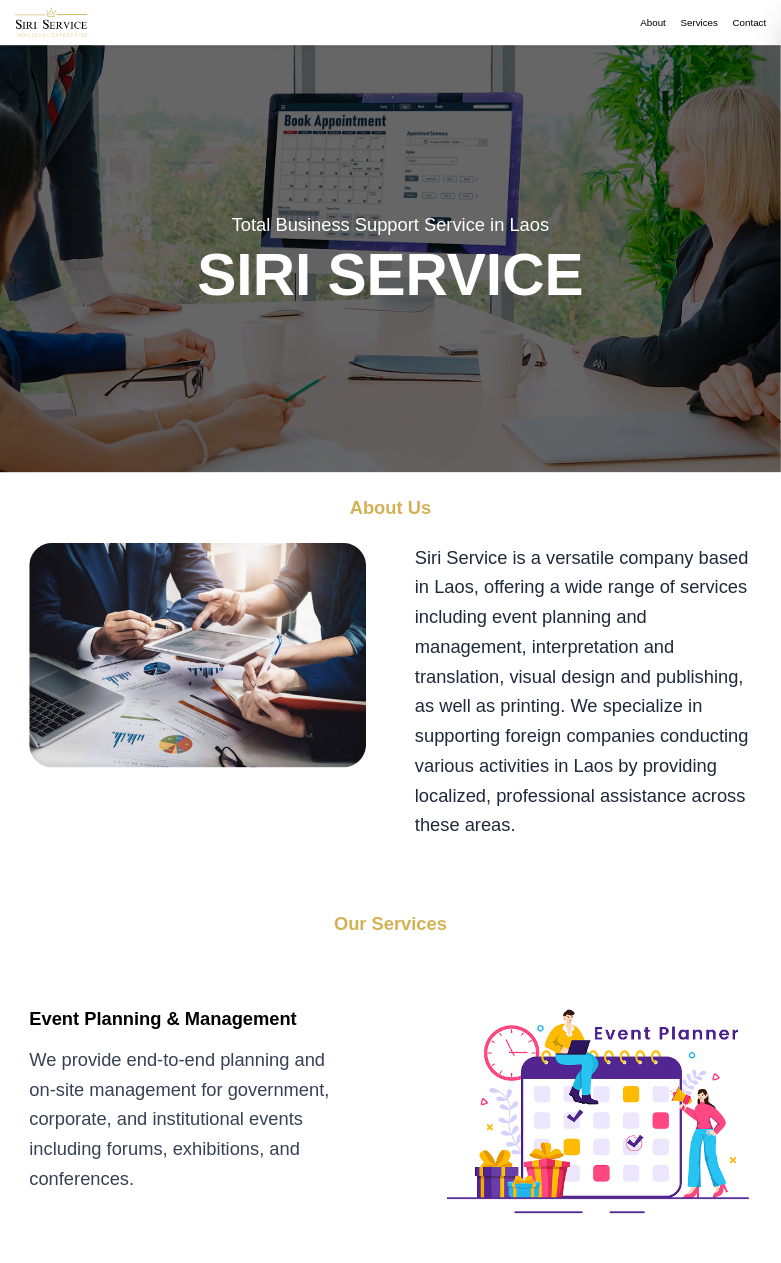
Repository: Phailin-teamplate/siri-service-web
Page: /
The author's editor kept a copy of each file at every save. The page is drawn from the files as they stood at one save, then again after the next save.
The browser window is 1280 px wide. The pictures show the whole page, at 61% of full size.
The project was rebuilt for these pictures with package versions that can differ from the ones it lists, and the page was loaded fresh each time. The framework's server and built-in components were replaced by stand-ins that run in the browser. Also part of the build but not shown: next.config.ts.

Above is the page before, as saved 2025-07-02 14:59:04.

### src/app/layout.tsx
"use client";

import React, { useState, useEffect } from "react";
import { ArrowUpIcon } from "@heroicons/react/24/solid"; // Importing the arrow icon
// import { Geist, Geist_Mono } from "next/font/google";
// import { Inter, Noto_Sans_Lao } from "next/font/google";
import "./globals.css";
import Navbar from "@/src/components/navbar";

// const inter = Inter({ subsets: ["latin"] });
// const notoSansLao = Noto_Sans_Lao({ subsets: ["lao"] });

// const geistSans = Geist({
//   variable: "--font-geist-sans",
//   subsets: ["latin"],
// });
// const geistMono = Geist_Mono({
//   variable: "--font-geist-mono",
//   subsets: ["latin"],
// });

export default function RootLayout({
  children,
}: Readonly<{
  children: React.ReactNode;
}>) {
  const [isVisible, setIsVisible] = useState(false);

  // Detect scroll position and show button when scrolling down
  const handleScroll = () => {
    if (window.scrollY > 300) {
      setIsVisible(true);
    } else {
      setIsVisible(false);
    }
  };

  useEffect(() => {
    window.addEventListener("scroll", handleScroll);
    return () => {
      window.removeEventListener("scroll", handleScroll);
    };
  }, []);

  const scrollToTop = () => {
    window.scrollTo({ top: 0, behavior: "smooth" });
  };

  return (
    <html lang="en">
      {/* <body
        className={`${geistSans.variable} ${geistMono.variable} ${inter.className}  ${notoSansLao.className} antialiased`}
      > */}
      <body className="bg-white">
        <Navbar />
        {children}
        {/* <Footer /> */}

        {/* Popup Button with Icon for Scrolling to Top */}
        {isVisible && (
          <button
            onClick={scrollToTop}
            className="fixed bottom-2 right-5 md:bottom-5 md:right-10 bg-blue-500 text-white p-2 md:p-4 rounded-full shadow-lg hover:bg-blue-600 focus:outline-none transition-transform transform hover:scale-110"
          >
            {/* Heroicon Arrow Up Icon */}
            <ArrowUpIcon className="h-5 w-5 md:h-6 md:w-6" />
          </button>
        )}
      </body>
    </html>
  );
}

### src/app/page.tsx
import React from "react";
import Homepage from "@/src/components/Homepage";
import About from "@/src/components/About";
import Service from "@/src/components/Service";

export const metadata = {
  title: "About | TEAMPLATE",
  description:
    "Learn about TEAMPLATE — our story, mission, team, and values that drive our innovation.",
  keywords: ["teamplate", "about", "our story", "mission", "values", "team"],
  openGraph: {
    title: "About | TEAMPLATE",
    description:
      "Discover TEAMPLATE's story, mission, and the people behind our success.",
    url: "https://yourdomain.com/about",
    siteName: "TEAMPLATE",
    images: [
      {
        url: "https://yourdomain.com/images/about-og.jpg", // ✅ Replace with actual path
        width: 1200,
        height: 630,
        alt: "About TEAMPLATE",
      },
    ],
    locale: "en_US",
    type: "website",
  },
};

export default function Home() {
  return (
    <section className="w-full" id="about">
      <Homepage/>
      <About/>
      <Service/>
    </section>
  );
}

### src/components/navbar.tsx
import { useState, useCallback, useEffect } from "react";
import Image from "next/image";
import { Menu, X } from "lucide-react";
import Logo from "@/public/logo/Siri Service.png";

export default function Navbar() {
  const [isOpen, setIsOpen] = useState(false);

  // Function for smooth scrolling
  const handleSmoothScroll = useCallback((targetId: string) => {
    setIsOpen(false); // Close the sidebar

    if (targetId === "/") {
      window.scrollTo({ top: 0, behavior: "smooth" });
    } else {
      const targetElement = document.querySelector(targetId);
      if (targetElement) {
        targetElement.scrollIntoView({ behavior: "smooth" });
      }
    }
  }, []);

  const [isScrolled, setIsScrolled] = useState(false);

  // Detect scroll to change navbar background
  useEffect(() => {
    const handleScroll = () => {
      const scrollTop = window.scrollY;
      setIsScrolled(scrollTop > 10); // Trigger when scrolled 10px
    };

    window.addEventListener("scroll", handleScroll);

    return () => window.removeEventListener("scroll", handleScroll);
  }, []);

  return (
    <div className="w-full sticky top-0 z-50 bg-white shadow-md">
      <nav className="flex items-center justify-between px-6 py-3">
        {/* Logo */}
        <button
          onClick={() => handleSmoothScroll("/")}
          className="p-0 border-none bg-transparent active:opacity-80"
        >
          <Image
            className="w-20 sm:w-20 md:w-30 lg:w-30 xl:w-30 2xl:w-30 h-auto"
            src={Logo}
            alt="Appstore"
            priority
          />
        </button>

        {/* Desktop Links */}
        <div className="hidden md:flex gap-6">
          <button
            onClick={() => handleSmoothScroll("#about")}
            className="hover:text-blue-600 hover:underline transition-colors text-black duration-200 cursor-pointer"
          >
            About
          </button>
          <button
            onClick={() => handleSmoothScroll("#services")}
            className="hover:text-blue-600 hover:underline transition-colors text-black duration-200 cursor-pointer"
          >
            Services
          </button>
          <button
            onClick={() => handleSmoothScroll("#contact")}
            className="hover:text-blue-600 hover:underline transition-colors text-black duration-200 cursor-pointer"
          >
            Contact
          </button>
        </div>

        {/* Mobile Menu Button */}
        <button
          className="md:hidden focus:outline-none"
          onClick={() => setIsOpen(!isOpen)}
          aria-label="Toggle Menu"
        >
          {isOpen ? <X size={28} /> : <Menu size={28} />}
        </button>
      </nav>

      {/* Overlay (Closes menu when clicked) */}
      {isOpen && (
        <div
          className="fixed inset-0 z-40"
          onClick={() => setIsOpen(false)}
        ></div>
      )}

      {/* Mobile Sidebar */}
      <div
        className={`fixed top-0 right-0 h-full w-64 bg-white shadow-2xl p-6 flex flex-col transition-transform ${
          isOpen ? "translate-x-0" : "translate-x-full"
        } duration-300 ease-in-out z-50`}
      >
        {/* Sidebar Header */}
        <div className="flex justify-between items-center pb-4 mt-1">
          <h3 className="text-black text-2xl font-semibold">Menu</h3>
          <button
            className="text-black text-3xl font-bold focus:outline-none"
            onClick={() => setIsOpen(false)}
            aria-label="Close Menu"
          >
            <X size={28} />
          </button>
        </div>

        {/* Sidebar Links */}
        <div className="flex flex-col items-start gap-4 pb-4">
          <button
            onClick={() => handleSmoothScroll("#about")}
            className="hover:text-blue-600 hover:underline transition-colors duration-200 cursor-pointer"
          >
            About
          </button>
          <button
            onClick={() => handleSmoothScroll("#services")}
            className="hover:text-blue-600 hover:underline transition-colors duration-200 cursor-pointer"
          >
            Services
          </button>
          <button
            onClick={() => handleSmoothScroll("#contact")}
            className="hover:text-blue-600 hover:underline transition-colors duration-200 cursor-pointer"
          >
            Contact
          </button>
        </div>
      </div>
    </div>
  );
}

### src/components/Homepage.tsx
import Image from "next/image";
import BgSiri from "@/public/bg-siri.png";
import type { Metadata } from "next";

export const metadata: Metadata = {
  title: "SiriService | About Us",
  description: "We are a Laos-based IT startup aiming for the global market.",
};

export default function Homepage() {
  return (
    <div className="flex flex-col ">
      <div className="flex justify-center">
        <div className="relative w-full h-[400px] xs:h-[600px] sm:h-[650px] md:h-[700px] lg:h-[700px]">
          {/* Background Image */}
          <Image src={BgSiri} alt="StartUp" fill className="object-cover" />

          {/* Gradient Overlay */}
          <div className="absolute inset-0 bg-black/60 z-10" />

          {/* Centered Content */}
          <div className="absolute inset-0 z-20 flex flex-col items-center justify-center text-center px-4">
            <div className="mb-4 sm:mb-4">
              <p className="text-white text-sm xs:text-base sm:text-xl md:text-3xl font-medium">
                Total Business Support Service in Laos
              </p>
            </div>
            <h1 className="text-white text-4xl xs:text-5xl sm:text-6xl md:text-7xl lg:text-8xl font-bold">
              SIRI SERVICE
            </h1>
          </div>
        </div>
      </div>


    </div>
  );
}

### src/components/About.tsx
"use client";

import Image from "next/image";
import AboutSV from "@/public/About.png";
import type { Metadata } from "next";

export const metadata: Metadata = {
  title: "Teamplate",
  description: "We are a Laos-based IT startup aiming for the global market.",
};

export default function About() {
  return (
    <div className="w-full bg-white px-6 md:px-12 py-10" id="about">
      {/* Section Title */}
      <div className="text-center flex justify-center md:text-left mb-10">
        <h2 className="text-2xl md:text-3xl font-extrabold text-[#D3B156]">
          About Us
        </h2>
      </div>

      {/* Content: Image + Text */}
      <div className="flex flex-col md:flex-row items-start justify-center gap-12 md:gap-20">
  {/* Image */}
  <div className="w-full max-w-[660px] ">
    <Image
      src={AboutSV}
      alt="About"
    width={500}
            height={300}
      className="object-cover w-full h-auto rounded-xl"
      priority
    />
  </div>

  {/* Text */}
  <div className="w-full max-w-[720px] text-center md:text-left">
    <p className="text-3xl font-medium leading-relaxed text-gray-800">
      Siri Service is a versatile company based in Laos, offering a wide range of
      services including event planning and management, interpretation and
      translation, visual design and publishing, as well as printing. We specialize
      in supporting foreign companies conducting various activities in Laos by
      providing localized, professional assistance across these areas.
    </p>
  </div>
</div>

    </div>
  );
}

### src/components/Service.tsx
"use client";

import Image from "next/image";
import AboutSV from "@/public/About.png";
import type { Metadata } from "next";
import Service1 from "@/public/service/service1.png";

export const metadata: Metadata = {
  title: "Teamplate",
  description: "We are a Laos-based IT startup aiming for the global market.",
};

export default function Service() {
  return (
    <div className="w-full bg-white px-6 md:px-12 py-20" id="service">
      {/* Section Title */}
      <div className="text-center flex justify-center md:text-left mb-30">
        <h2 className="text-2xl md:text-3xl font-extrabold text-[#D3B156]">
          Our Services
        </h2>
      </div>

      {/* Service 1 Content: Image + Text */}
      <div className="flex flex-col md:flex-row items-start justify-center gap-10 md:gap-10">
        {/* Text */}
        <div className="w-full max-w-[720px] text-center md:text-left">
          <h1 className="text-black text-3xl sm:text-3xl font-semibold mb-6">
            Event Planning & Management
          </h1>
          <p className="text-gray-700 text-3xl font-normal leading-relaxed">
            We provide end-to-end planning and <br />
            on-site management for government,
            <br />
            corporate, and institutional events
            <br />
            including forums, exhibitions, and
            <br />
            conferences.
          </p>
        </div>
        {/* Image */}
        <div className="w-full max-w-[500px] ">
          <Image
            src={Service1}
            alt="Service1"
            width={500}
            height={340}
            className="object-cover w-full h-auto rounded-xl"
            priority
          />
        </div>
      </div>
    </div>
  );
}

Loaded but not shown: src/app/globals.css (common file)

After the next save:
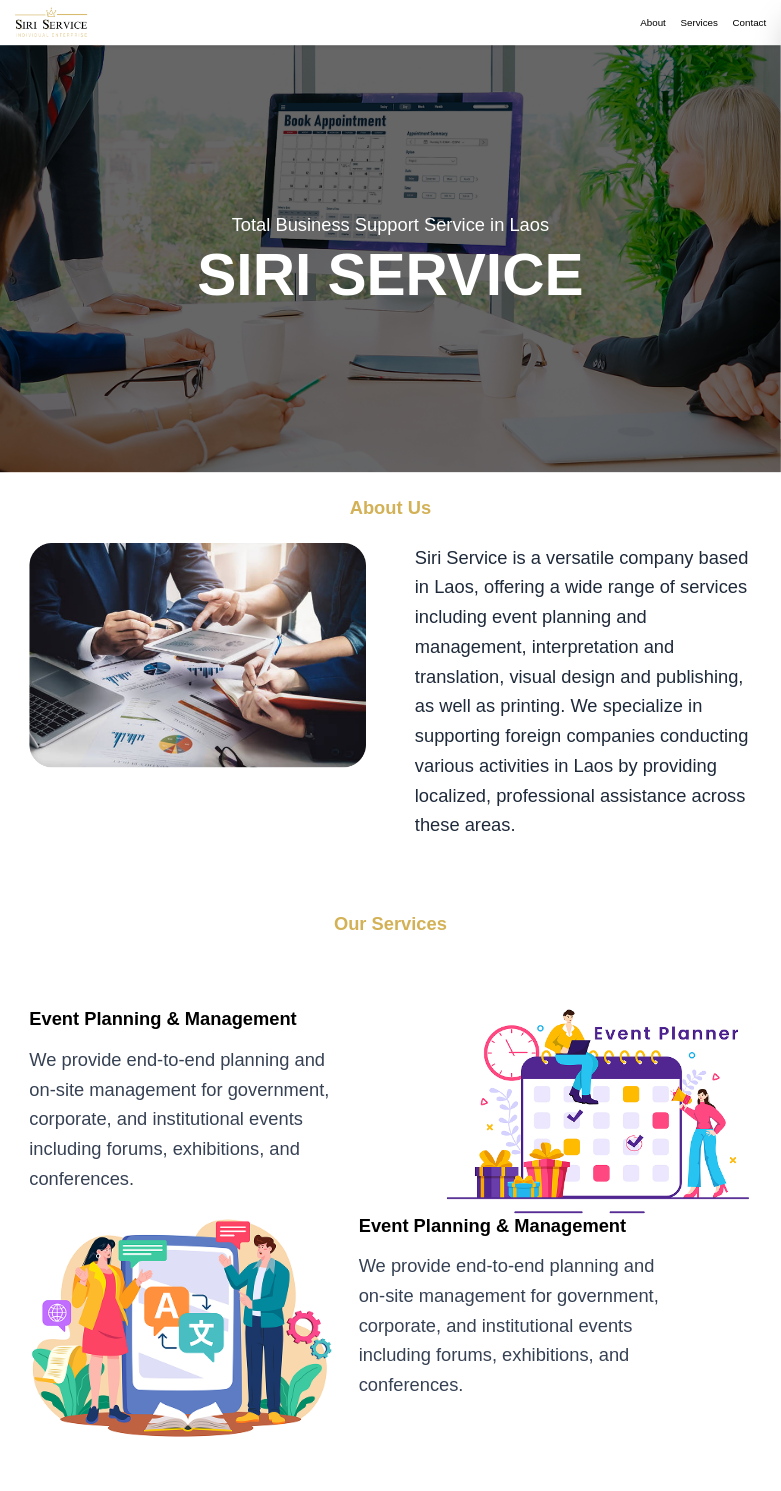
Saved 2 min 0 s later.
--- a/src/components/Service.tsx
+++ b/src/components/Service.tsx
@@ -4,6 +4,7 @@
 import AboutSV from "@/public/About.png";
 import type { Metadata } from "next";
 import Service1 from "@/public/service/service1.png";
+import Service2 from "@/public/service/service2.png";
 
 export const metadata: Metadata = {
   title: "Teamplate",
@@ -50,6 +51,37 @@
           />
         </div>
       </div>
+       {/* Service 2 Content: Image + Text */}
+      <div className="flex flex-col md:flex-row items-start justify-center gap-10 md:gap-10">
+         {/* Image */}
+        <div className="w-full max-w-[500px] ">
+          <Image
+            src={Service2}
+            alt="Service2"
+            width={500}
+            height={340}
+            className="object-cover w-full h-auto rounded-xl"
+            priority
+          />
+        </div>
+        {/* Text */}
+        <div className="w-full max-w-[720px] text-center md:text-left">
+          <h1 className="text-black text-3xl sm:text-3xl font-semibold mb-6">
+            Event Planning & Management
+          </h1>
+          <p className="text-gray-700 text-3xl font-normal leading-relaxed">
+            We provide end-to-end planning and <br />
+            on-site management for government,
+            <br />
+            corporate, and institutional events
+            <br />
+            including forums, exhibitions, and
+            <br />
+            conferences.
+          </p>
+        </div>
+
+      </div>
     </div>
   );
 }
